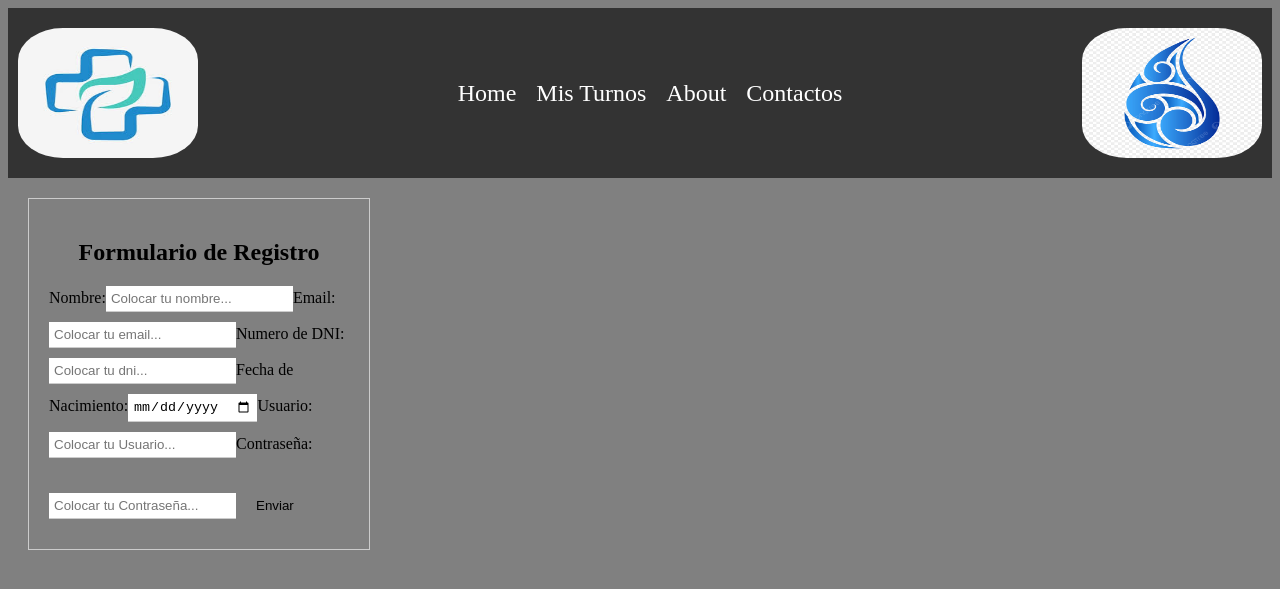
Repository: mauro8778/TurnoClinica
Page: / (app in front/vite-project/)
These files come from the project's save history. The page is drawn as it stood at one moment and after the next save; the edit follows.
The browser window is 1280 px wide. The pictures show the whole page.
The project was rebuilt for these pictures with package versions that can differ from the ones it lists, and the page was loaded fresh each time. Also part of the build but not shown: front/vite-project/vite.config.js.

Above is the page before, as saved 2024-04-14 10:20:49.

### front/vite-project/src/App.jsx

import "./index.css"
import NavBar from "./components/NavBar/NavBar.jsx";

import Register from "./views/Register/Register.jsx";


function App() {


  return (
    <>
    <NavBar/>
    <Register/>

    </>


  )
}

export default App

### front/vite-project/src/index.css
body{

  background-color: grey;
}

### front/vite-project/src/components/NavBar/NavBar.jsx

import  "./NavBar.css";
import hospital from "../../assets/hospital.jpg"
import logo from "../../assets/logo.jpg"


const NavBar=()=>{

    return(
    <>

    <div className="navbar">
      <img src={hospital} alt="Imagen 1" className="left-image" />
      <ul className="nav-list">
        <li>Home</li>
        <li>Mis Turnos </li>
        <li>About</li>
        <li>Contactos </li>
      </ul>
      <img src={logo} alt="Imagen 2" className="right-image" />
    </div>


    </>
    )
}
export default NavBar;

### front/vite-project/src/views/Register/Register.jsx

import { useState, useEffect } from "react";
import "../Register/Register.css";
import { Validate } from "../../helper/validate";
import axios from "axios";

const Register = () => {
  const [userData, setUserData] = useState({
    name: "",
    email: "",
    nDni: "",
    birthdate: "",
    username: "",
    password: ""
  });

  const [errors, setErrors] = useState({
    name: "",
    email: "",
    nDni: "",
    birthdate: "",
    username: "",
    password: ""
  });

  const [formSubmitted, setFormSubmitted] = useState(false);

  const handleInputChange = (event) => {
    const { name, value } = event.target;
    setUserData({
      ...userData,
      [name]: value
    });
  };

  const handleFormSubmit = (event) => {
    event.preventDefault();
    setFormSubmitted(true);
  };

  useEffect(() => {
    if (formSubmitted) {
      const currentErrors = Validate(userData);
      setErrors(currentErrors);

      const noErrors = Object.values(currentErrors).every(
        (error) => error === ""
      );

      if (noErrors) {
        axios
          .post("http://localhost:3000/users/register", userData)
          .then(() => {
            alert("Usuario creado con éxito");
            setFormSubmitted(false);
            setUserData({
              name: "",
              email: "",
              nDni: "",
              birthdate: "",
              username: "",
              password: ""
            });
            setErrors({
              name: "",
              email: "",
              nDni: "",
              birthdate: "",
              username: "",
              password: ""
            });
          })
          .catch((error) => {
            console.error("Error al enviar los datos:", error);
          });
      }
    }
  }, [formSubmitted, userData]);

  return (
    <>
      <div className="tarjeta">
        <div className="contenido">
          <h2>Formulario de Registro</h2>
          <form onSubmit={handleFormSubmit}>
            <label htmlFor="name">
              Nombre:
              <input
                type="text"
                value={userData.name}
                name="name"
                placeholder="Colocar tu nombre..."
                onChange={handleInputChange}
              />
            </label>
            {formSubmitted && <p className="error">{errors.name}</p>}

            <label htmlFor="email">
              Email:
              <input
                type="text"
                value={userData.email}
                name="email"
                placeholder="Colocar tu email..."
                onChange={handleInputChange}
              />
            </label>
            {formSubmitted && <p className="error">{errors.email}</p>}

            <label htmlFor="nDni">
              Numero de DNI:
              <input
                type="text"
                value={userData.nDni}
                name="nDni"
                placeholder="Colocar tu dni..."
                onChange={handleInputChange}
              />
            </label>
            {formSubmitted && <p className="error">{errors.nDni}</p>}

            <label htmlFor="birthdate">
              Fecha de Nacimiento:
              <input
                type="date"
                value={userData.birthdate}
                name="birthdate"
                placeholder="Colocar tu Fecha de Nacimiento..."
                onChange={handleInputChange}
              />
            </label>
            {formSubmitted && <p className="error">{errors.birthdate}</p>}

            <label htmlFor="username">
              Usuario:
              <input
                type="text"
                value={userData.username}
                name="username"
                placeholder="Colocar tu Usuario..."
                onChange={handleInputChange}
              />
            </label>
            {formSubmitted && <p className="error">{errors.username}</p>}

            <label htmlFor="password">
              Contraseña:
              <input
                type="password"
                value={userData.password}
                name="password"
                placeholder="Colocar tu Contraseña..."
                onChange={handleInputChange}
              />
            </label>
            {formSubmitted && <p className="error">{errors.password}</p>}

            <button type="submit">Enviar</button>
          </form>
        </div>
      </div>
    </>
  );
};

export default Register;

### front/vite-project/src/components/NavBar/NavBar.css
.navbar {
  display: flex;
  justify-content: space-between;
  align-items: center;
  background-color: #333;
  padding: 10px;
  height: 150px;
}

.nav-list {
  list-style: none;
  display: flex;
  margin: 0;
  padding: 0;
}

.nav-list li {
  margin-left: 20px;
  color: white;
  font-size: 1.5rem;
}

.left-image,
.right-image {
  width: 180px;
  height: 130px;
  border-radius: 25%;
}

### front/vite-project/src/views/Register/Register.css
.tarjeta {
    display: flex;
    flex-direction: column;
    justify-content: center; /* Centra verticalmente */
    align-items: center; /* Centra horizontalmente */
    width: 300px;
    height: auto;
    margin: 20px;
    padding: 20px;
    position: relative;
    overflow: hidden;
    border: 1px solid #ccc;
    background-color: transparent;
    transition: all 0.3s ease;
  }

  .tarjeta:hover {
    transform: scale(1.05);
    box-shadow: 0 0 10px rgba(0, 0, 0, 0.2);
  }

  .contenido {
    display: flex;
    flex-direction: column;
    align-items: center;
  }

  .contenido h2 {
    color: black;
  }

  button {
    margin-top: 20px;
    padding: 10px 20px;
    background-color: transparent;
    border: none;
    color: black;
    cursor: pointer;
  }

  button:hover {
    background-color: #ccc;
  }

  input {
    margin-bottom: 10px;
    padding: 5px;
    border: none;
    border-bottom: 1px solid #ccc;
    outline: none;
  }

  input:focus {
    border-bottom-color: black;
  }
  .error{
color: red;
  }

### front/vite-project/src/helper/validate.js
export const Validate = (input) => {
    const errors = {};

    const nameRegex = /^[A-Za-z]{1,20}$/;
    if (!nameRegex.test(input.name)) {
        errors.name = "El nombre debe contener solo letras y tener máximo 20 caracteres";
    }

    const emailRegex = /^[^\s@]+@[^\s@]+\.[^\s@]+$/;
    if (!emailRegex.test(input.email)) {
        errors.email = "El email no es válido";
    }

    const nDniRegex = /^\d{1,8}$/;
    if (!nDniRegex.test(input.nDni)) {
        errors.nDni = "El número de DNI debe contener solo números y tener máximo 8 dígitos";
    }

    const birthdateRegex = /^(19|20)\d\d-(0[1-9]|1[0-2])-(0[1-9]|[12][0-9]|3[01])$/;
    if (!birthdateRegex.test(input.birthdate)) {
        errors.birthdate = "La fecha de nacimiento no es válida";
    }

    const usernameRegex = /^[A-Za-z0-9_]{3,20}$/;
    if (!usernameRegex.test(input.username)) {
        errors.username = "El nombre de usuario debe contener solo letras, números y guiones bajos, y tener entre 3 y 20 caracteres";
    }

    const passwordRegex = /^.{8,}$/;
    if (!passwordRegex.test(input.password)) {
        errors.password = "La contraseña debe tener al menos 8 caracteres";
    }

    return errors;
};

### front/vite-project/src/views/Login/Login.jsx
import { useState } from "react";
import axios from "axios"
import "./Login.css";

const LoginForm = () => {
  const [credentials, setCredentials] = useState({
    username: "",
    password: ""
  });

  const [error, setError] = useState("");

  const handleInputChange = (event) => {
    const { name, value } = event.target;
    setCredentials({
      ...credentials,
      [name]: value
    });
  };

  const handleFormSubmit = async (event) => {
    event.preventDefault();
    try {
      const response = await axios.post("http://localhost:3000/users/loguin", credentials);
      if (response.data.success) {
        alert("Inicio de sesión exitoso");

    } else {
        setError("Credenciales inválidas");
      }
    } catch (error) {
      console.error("Error al iniciar sesión:", error);
      setError("Error al iniciar sesión. Por favor, inténtalo de nuevo más tarde");
    }
  };

  return (
    <div className="card-container">
    <div className="card">
      <h2>Iniciar sesión</h2>
      <form onSubmit={handleFormSubmit}>
        <div>
          <label htmlFor="username">Nombre de usuario:</label>
          <input
            type="text"
            id="username"
            name="username"
            value={credentials.username}
            onChange={handleInputChange}
          />
        </div>
        <div>
          <label htmlFor="password">Contraseña:</label>
          <input
            type="password"
            id="password"
            name="password"
            value={credentials.password}
            onChange={handleInputChange}
          />
        </div>
        {error && <p className="error">{error}</p>}
        <button type="submit">Iniciar sesión</button>
      </form>
    </div>
  </div>
);
};

export default LoginForm;

### front/vite-project/src/views/Login/Login.css
.card-container {
      position: fixed;
      top: 50%;
      left: 50%;
      transform: translate(-50%, -50%);
      perspective: 1000px;
    }

    .card {
      width: 300px;
      padding: 20px;
      border-radius: 10px;
      background-color: rgba(255, 255, 255, 0.8);
      box-shadow: 0 8px 16px rgba(0, 0, 0, 0.2);
      transform-style: preserve-3d;
      transition: transform 0.5s;
    }

    .card:hover {
      transform: rotateY(10deg) translateZ(20px);
    }

    .card form {
      display: flex;
      flex-direction: column;
    }

    .card label {
      margin-bottom: 10px;
    }

    .card input {
      padding: 10px;
      margin-bottom: 15px;
      border: 1px solid #ccc;
      border-radius: 4px;
    }

    .card button {
      padding: 10px 20px;
      background-color: #007bff;
      color: #fff;
      border: none;
      border-radius: 4px;
      cursor: pointer;
    }

    .card button:hover {
      background-color: #0056b3;
    }

    .error {
      color: red;
      margin-top: 5px;
    }
.card-container {
  position: fixed;
  top: 50%;
  left: 50%;
  transform: translate(-50%, -50%);
  perspective: 1000px;
}

.card {
  width: 300px;
  padding: 20px;
  border-radius: 10px;
  background-color: rgba(255, 255, 255, 0.8);
  box-shadow: 0 8px 16px rgba(0, 0, 0, 0.2);
  transform-style: preserve-3d;
  transition: transform 0.5s;
}

.card:hover {
  transform: rotateY(10deg) translateZ(20px);
}

.card form {
  display: flex;
  flex-direction: column;
}

.card label {
  margin-bottom: 10px;
}

.card input {
  padding: 10px;
  margin-bottom: 15px;
  border: 1px solid #ccc;
  border-radius: 4px;
}

.card button {
  padding: 10px 20px;
  background-color: #007bff;
  color: #fff;
  border: none;
  border-radius: 4px;
  cursor: pointer;
}

.card button:hover {
  background-color: #0056b3;
}

.error {
  color: red;
  margin-top: 5px;
}

Loaded but not shown: front/vite-project/index.html (common file); front/vite-project/src/main.jsx (common file)

After the next save:
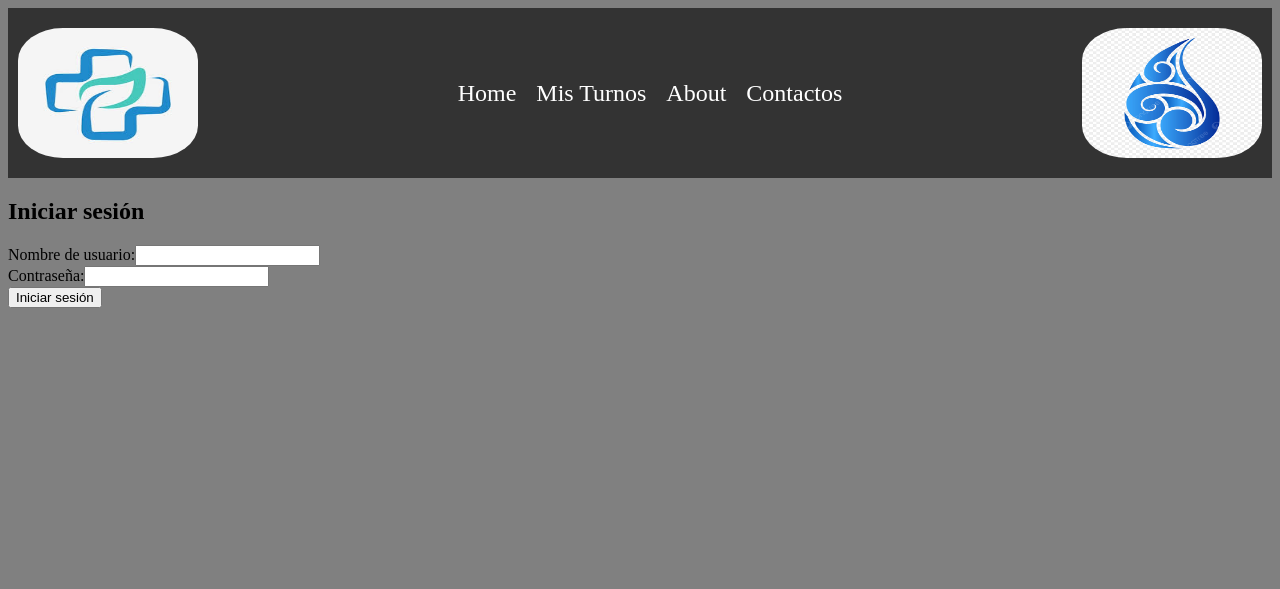
Saved 2 min 23 s later.
--- a/front/vite-project/src/App.jsx
+++ b/front/vite-project/src/App.jsx
@@ -1,8 +1,7 @@
 
 import "./index.css"
 import NavBar from "./components/NavBar/NavBar.jsx";
-
-import Register from "./views/Register/Register.jsx";
+import Login from "./views/Login/Login"
 
 
 function App() {
@@ -11,8 +10,7 @@ function App() {
   return (
     <>
     <NavBar/>
-    <Register/>
-
+  <Login/>
     </>
 
 
